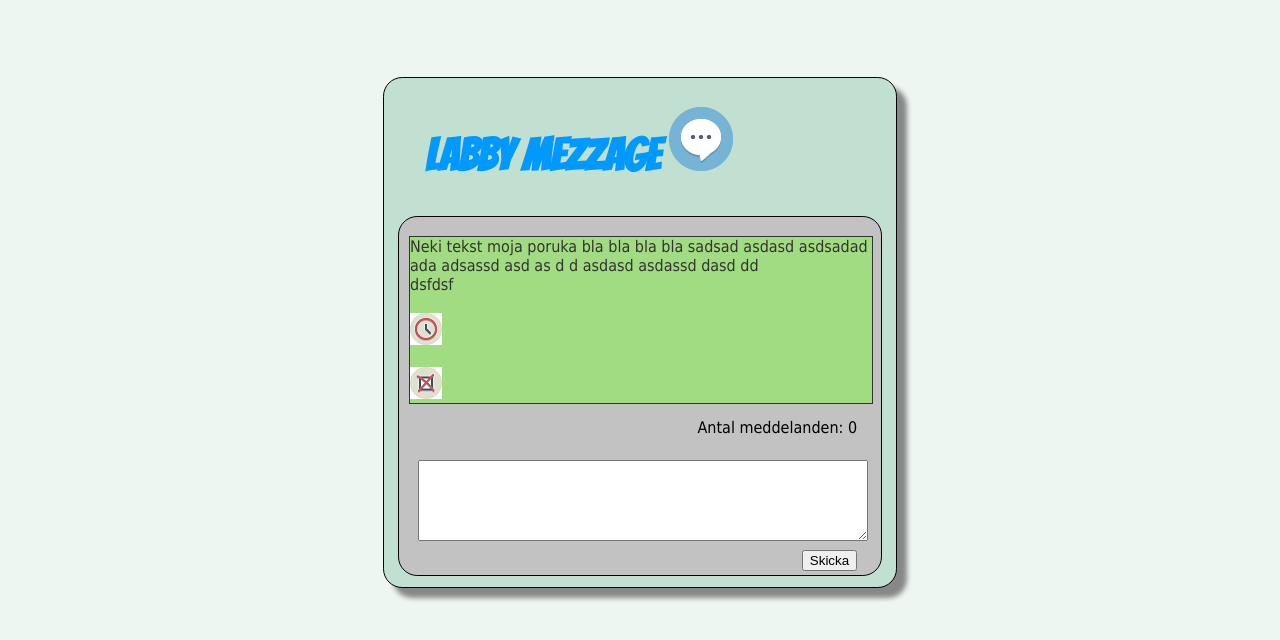
Repository: jb223cp/1dv403-laborationer
Page: 2-labbymezzage/index.html
The author's editor kept a record of every edit. The page is drawn from the files as they stood at one moment, then again after the next edit.
The browser window is 1280 px wide. The pictures show the whole page.

Above is the page before.
Console error: ReferenceError: Message is not defined

After the next edit:
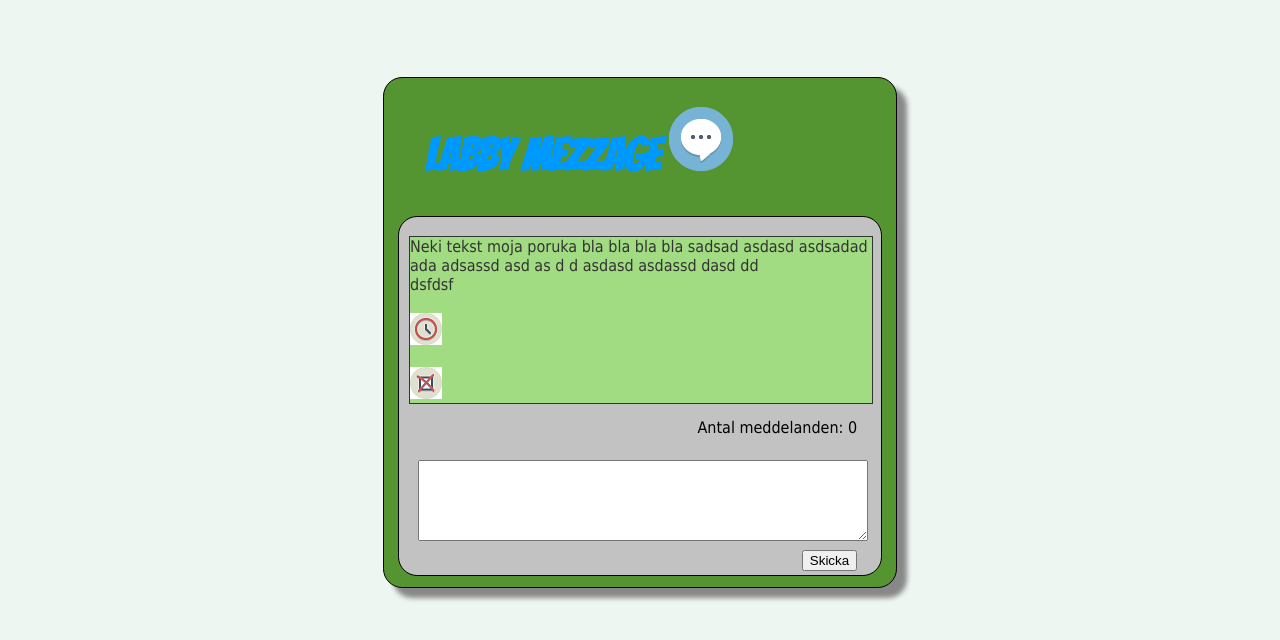
The edit:
--- a/2-labbymezzage/main.css
+++ b/2-labbymezzage/main.css
@@ -48,7 +48,7 @@
     margin-left:auto;
     margin-right:auto;
     margin-top:6%;
-    background-color:#C2E0D1;
+    background-color:#549431;
     border-style: solid;
     border-width: 1px;
     border-color:black;
